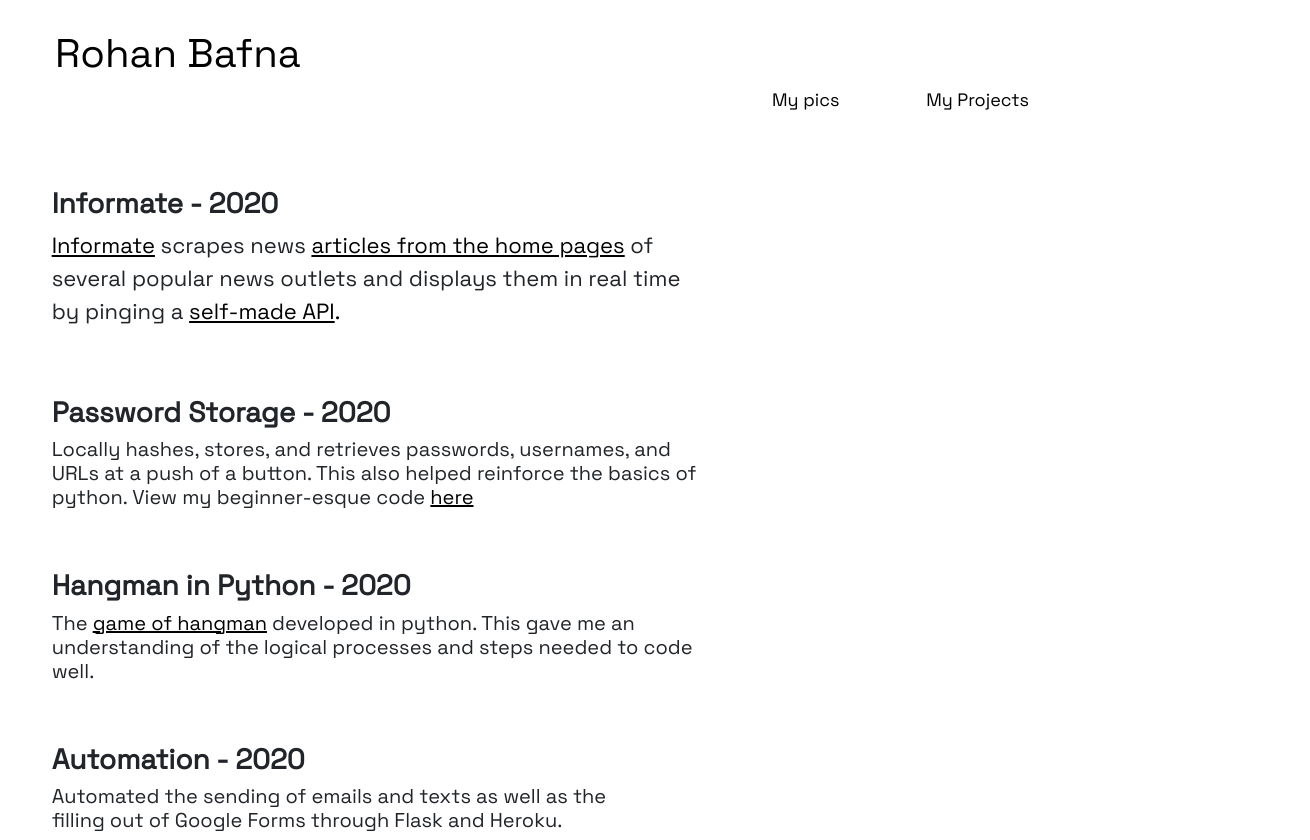
Repository: rbafna6507/rbafna6507.github.io
Page: actualprojects.html
The author's editor kept a copy of each file at every save. The page is drawn from the files as they stood at one save, then again after the next save.
The browser window is 1280 px wide. The page is 1310 px wide, so the pictures cover 1310 px, including what lies to the right of the window. The pictures show the whole page.

Above is the page before, as saved 2020-12-20 20:50:53.

### actualprojects.html
<!DOCTYPE HTML>
<html>
<head>
    <link rel="shortcut icon" type="image/png" href="circular actual atom logo.png"/>
    <title>my projects</title>
    <link href= "projects.css" type= "text/css" rel= "stylesheet">
    <link rel="preconnect" href="https://fonts.gstatic.com">
    <script src="https://cdn.jsdelivr.net/npm/bootstrap@5.0.0-beta1/dist/js/bootstrap.bundle.min.js" integrity="sha384-ygbV9kiqUc6oa4msXn9868pTtWMgiQaeYH7/t7LECLbyPA2x65Kgf80OJFdroafW" crossorigin="anonymous"></script>
    <link href="https://cdn.jsdelivr.net/npm/bootstrap@5.0.0-beta1/dist/css/bootstrap.min.css" rel="stylesheet" integrity="sha384-giJF6kkoqNQ00vy+HMDP7azOuL0xtbfIcaT9wjKHr8RbDVddVHyTfAAsrekwKmP1" crossorigin="anonymous">
<link href="https://fonts.googleapis.com/css2?family=Space+Grotesk:wght@300;400&display=swap" rel="stylesheet">
</head>
<body>
    <div id= "navbar">
        <header class= "header">
            <div id="hi">
              <a href= "index.html"><h1>Rohan Bafna</h1></a>
            </div>
            <div class= "leftsidelist">
                <ul>
                    <a href= "pics.html"><li class= "about">My pics</li></a>
                    <a href= "actualprojects.html"><li class= "projects">My Projects</li></a>
                </ul>
            </div>
        </header>


    </div>
    <div class="row justify-content-around">
        <div class="col-4">
            <div id = "informate" class = "small" onmouseover="document.getElementById('informate_img').style.visibility = 'visible';" onmouseout = "document.getElementById('informate_img').style.visibility = 'hidden';">
                <h3><strong>Informate - 2020</strong></h3>
                <p style="font-size: 22px;"><a href = "https://newsaggregator-frontend.vercel.app"><u>Informate</u></a> scrapes news <a href = "https://github.com/rbafna6507/newsaggregator_scraper"><u>articles from the home pages</u></a> of <br>several popular news outlets and displays them in real time <br>by pinging a <a href = "https://github.com/rbafna6507/newsaggregator_backend"><u>self-made API</u>.</a></p>
            </div>
            <br><br><br>
            <div id = "password" class = "small" onmouseover="document.getElementById('password_img').style.visibility = 'visible';" onmouseout = "document.getElementById('password_img').style.visibility = 'hidden';">
                <h3><strong>Password Storage - 2020</strong></h3>
                <h5>Locally hashes, stores, and retrieves passwords, usernames, and <br>URLs at a push of a button. This also helped reinforce the basics of<br>python. View my beginner-esque code <a href = "https://github.com/rbafna6507/passwordstorageproject"><u>here</u></a></h5>
            </div>
            <br><br><br>
            <div id = "hangman" class = "small" onmouseover="document.getElementById('hangman_img').style.visibility = 'visible';" onmouseout = "document.getElementById('hangman_img').style.visibility = 'hidden';">
                <h3><strong>Hangman in Python - 2020</strong></h3>
                <h5>The <a href = "https://github.com/rbafna6507/hangmanpython"><u>game of hangman</u></a> developed in python. This gave me an <br>understanding of the logical processes and steps needed to code <br>well.</h5>
            </div>
            <br><br><br>
            <div id = "automation" class = "small">
                <h3><strong>Automation - 2020</strong></h3>
                <h5>Automated the sending of emails and texts as well as the <br>filling out of Google Forms through Flask and Heroku.</h5>
            </div>
        </div>
        <div class="col-4">
            <img id = "informate_img" class = "imgs" src = "informate_pic.png">
            <img id = "hangman_img" class = "imgs" src = "hangman_pic.png">
            <img id = "password_img" class = "imgs" src = "password_pic.png">
        </div>
      </div>
</body>
</html>

### projects.css
* {box-sizing:border-box}

* {font-family: 'Space Grotesk', sans-serif;}

body{
  max-height:1000px;
  max-width:1400px
}

div{
  display: inline-block;
}

li{
  display: inline;
  list-style-type: none;
  text-align: left;
  padding-left: 30px;
  font-size: 18px;
  font-weight: 36px;
  width: 150px;
  display: inline-block;
  position: relative;
}

ul{
  display: inline;
  padding: 0;
  text-align: center;
  position: relative;
}

.header {
  font-family: 'Space Grotesk', sans-serif;
  position: relative;
  left: 10px;
  top: 30px;
}

.leftsidelist {
  position: relative;
  margin-left: 680px;
}

#logo {
    display: inline-block;
    width: 40px;
    height: 40px;
    position: relative;
    top: 70px;
    bottom: 400px;
  }

  h1 {

    padding-left: 40px;
    font-size: 36px;
    position: relative;
    right: 15px;
}
  #navbar {
    position: relative;
    left: 20px;
  }

  a:link {
    text-decoration: none;
    color: black;
  }

  a:visited {
    text-decoration: none;
    color: black;
  }

  a:hover {
    color: #ce321e!important;
  }

  a:active {
    color: #ce321e!important;
  }

  .col-4 {
    position: relative;
    margin-right:200px;
    top: 100px;
  }

  img{
    width: 620px;
    height: 500px;
  }

  .small{
    padding-left: 3px;
    padding-top:4px;
    margin-left: 40px;
    width: 650px;
  }

  .imgs{
    margin-top: 55px;
    margin-left: 20px;
  }

  #informate_img{
    visibility: hidden;
  }

  #hangman_img{
    margin-top: -520px;
    visibility: hidden;
  }

  #password_img{
    margin-top: -520px;
    visibility: hidden;
  }

  /* body:not(.mobile) #informate:hover, #informate_img {
    visibility: visible;
  }
  body:not(.mobile) #hangman:hover, #hangman_img {
    visibility: visible;
}

  body:not(.mobile) #password:hover, #password_img {
    visibility: visible;
} */

  .small{
    background-size: 200% 200%;
    background-image:linear-gradient(to top, #f7f7f7 50%, transparent 50%);
    -webkit-transition: background-position 300ms, color 300ms ease, border-color 300ms ease;
    -moz-transition: background-position 300ms, color 300ms ease, border-color 300ms ease;
    -ms-transition: background-position 300ms, color 300ms ease, border-color 300ms ease;
    -o-transition: background-position 300ms, color 300ms ease, border-color 300ms ease;
    transition: background-position 300ms, color 300ms ease, border-color 300ms ease;
}

  .small:hover {color: black;
background-image:
linear-gradient(to top, #f7f7f7 51%, transparent 50%);
background-position: 0 100%;
-webkit-transition: background-position 300ms, color 300ms ease, border-color 300ms ease;
-moz-transition: background-position 300ms, color 300ms ease, border-color 300ms ease;
-ms-transition: background-position 300ms, color 300ms ease, border-color 300ms ease;
-o-transition: background-position 300ms, color 300ms ease, border-color 300ms ease;
transition: background-position 300ms, color 300ms ease, border-color 300ms ease;
}

After the next save:
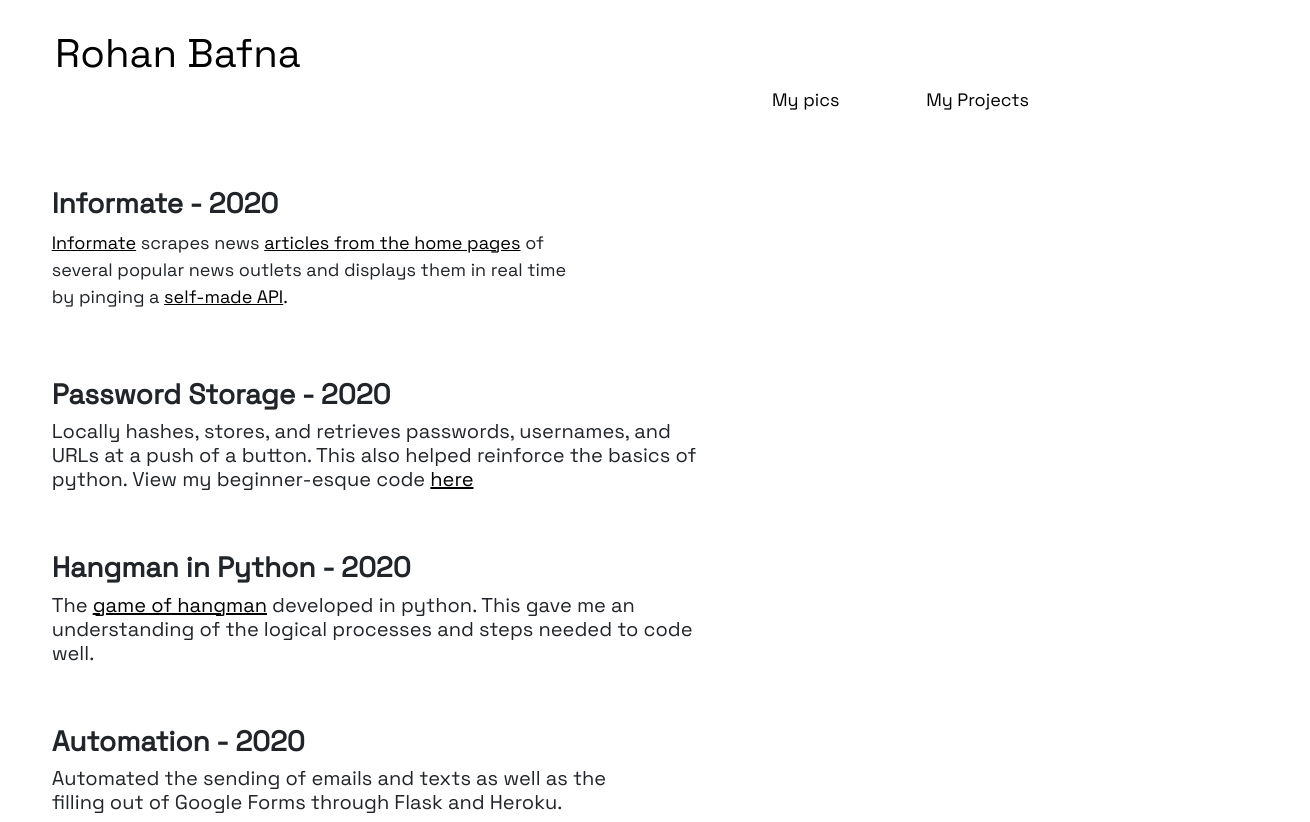
Saved 7 s later.
--- a/actualprojects.html
+++ b/actualprojects.html
@@ -29,7 +29,7 @@
         <div class="col-4">
             <div id = "informate" class = "small" onmouseover="document.getElementById('informate_img').style.visibility = 'visible';" onmouseout = "document.getElementById('informate_img').style.visibility = 'hidden';">
                 <h3><strong>Informate - 2020</strong></h3>
-                <p style="font-size: 22px;"><a href = "https://newsaggregator-frontend.vercel.app"><u>Informate</u></a> scrapes news <a href = "https://github.com/rbafna6507/newsaggregator_scraper"><u>articles from the home pages</u></a> of <br>several popular news outlets and displays them in real time <br>by pinging a <a href = "https://github.com/rbafna6507/newsaggregator_backend"><u>self-made API</u>.</a></p>
+                <p style="font-size: 18px;"><a href = "https://newsaggregator-frontend.vercel.app"><u>Informate</u></a> scrapes news <a href = "https://github.com/rbafna6507/newsaggregator_scraper"><u>articles from the home pages</u></a> of <br>several popular news outlets and displays them in real time <br>by pinging a <a href = "https://github.com/rbafna6507/newsaggregator_backend"><u>self-made API</u>.</a></p>
             </div>
             <br><br><br>
             <div id = "password" class = "small" onmouseover="document.getElementById('password_img').style.visibility = 'visible';" onmouseout = "document.getElementById('password_img').style.visibility = 'hidden';">
